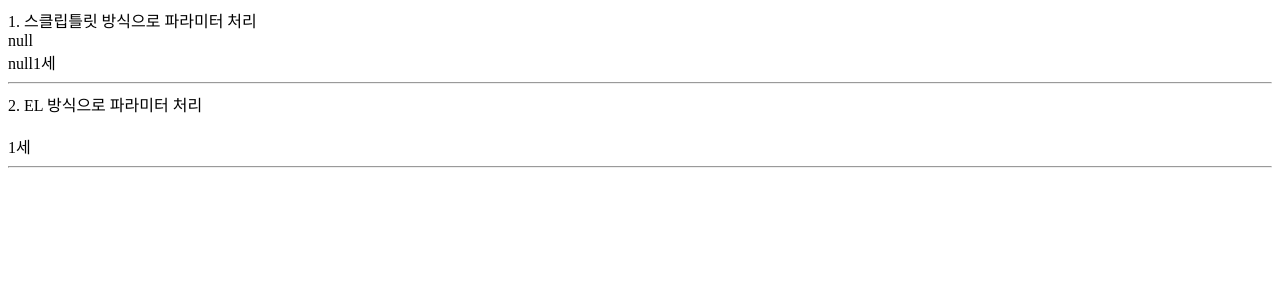
Repository: dhalfks/jsp
Page: http://localhost/web_study/step2_1.jsp
The author's editor kept a copy of each file at every save. The page is drawn from the files as they stood at one save, then again after the next save.
The browser window is 1280 px wide. The pictures show the whole page.
The page is served by Tomcat 9.

Above is the page before, as saved 2022-08-16 03:57:53.

### _jspworkspace(jstl)/web_study/src/main/webapp/step2_1.jsp
<%@ page language="java" contentType="text/html; charset=UTF-8"
    pageEncoding="UTF-8"%>
<!DOCTYPE html>
<html>
<head>
<meta charset="UTF-8">
<title>Insert title here</title>
</head>
<body>
	<!-- 기존 방식에서는 넘어오는 parameter 값이 문자열로 인식.
		30+1 => 나이(문자열)+1 추가됨. 301세 출력 -->
	1. 스클립틀릿 방식으로 파라미터 처리<br>
	<%=request.getParameter("nick") %><br>
	<%=request.getParameter("age")+1 %>세<br>

	<hr>
	<!-- EL방식은 내부적으로 형변환하여(Integer.parseInt())연산이 됨.
		30+1 => 나이(숫자)+1, 31세 출력 -->
	2. EL 방식으로 파라미터 처리<br>
	${param.nick }<br>
	${param.age+1 }세<br>

	<hr>
	<form action="step2_2.jsp">

	</form>


</body>
</html>

After the next save:
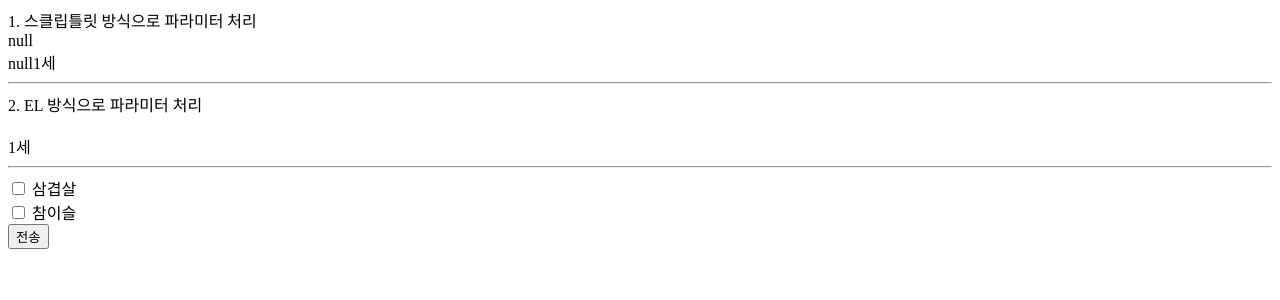
Saved 2 min 45 s later.
--- a/_jspworkspace(jstl)/web_study/src/main/webapp/step2_1.jsp
+++ b/_jspworkspace(jstl)/web_study/src/main/webapp/step2_1.jsp
@@ -22,7 +22,9 @@
 
 	<hr>
 	<form action="step2_2.jsp">
-
+		<input type="checkbox" name="food" value="삼겹살"> 삼겹살 <br>
+		<input type="checkbox" name="food" value="참이슬"> 참이슬 <br>
+		<input type="submit" value="전송">
 	</form>
 
 
